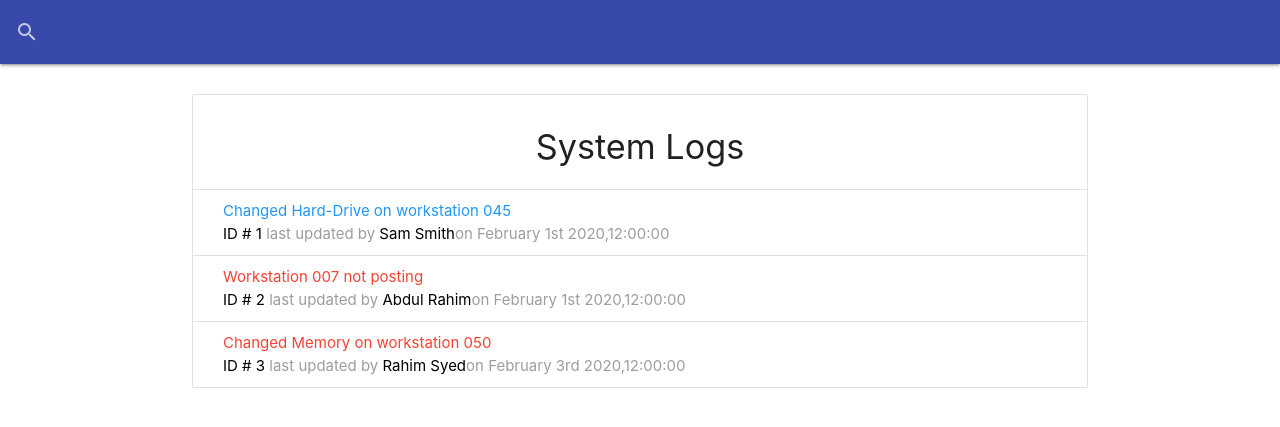
Repository: syedabdulrahim/IT_Logger
Page: /
An editor plug-in stored every save of this project. The page is shown before and after the next save, followed by the edit.
The browser window is 1280 px wide. The pictures show the whole page.
The project was rebuilt for these pictures with package versions that can differ from the ones it lists, and the page was loaded fresh each time. Requests to the local data server were answered from the project's data file. Also part of the build but not shown: src/App.css.

Above is the page before, as saved 2020-10-29 23:55:12.

### src/App.js
import React,{useEffect} from 'react';
import SearchBar from '../src/components/layout/SearchBar';
import Logs from '../src/components/logs/Logs';
// import logo from './logo.svg';
import './App.css';
import 'materialize-css/dist/css/materialize.min.css';
import M from 'materialize-css/dist/js/materialize.min.js';

const App=()=> {

  useEffect(()=>{

    // initilaization of matearalize JS
    M.AutoInit();

  },[])

  return(
    <React.Fragment>
        <SearchBar></SearchBar>
        <div className="container">
          <Logs/>
        </div>
    </React.Fragment>
  );



}



export default App;

### src/components/layout/SearchBar.js
import React from 'react'

const SearchBar = () => {
    return (
        <nav style={{
            marginBottom:'30px'
        }} className="indigo darken-1">
        <div className="nav-wrapper">
          <form>
            <div className="input-field">
              <input id="search" type="search" required/>
              <label className="label-icon" htmlFor="search"><i className="material-icons">search</i></label>
              <i className="material-icons">close</i>
            </div>
          </form>
        </div>
      </nav>
    )
}

export default SearchBar;

### src/components/logs/Logs.js
import React,{useEffect,useState} from 'react'
import LogItem from '../logs/LogItem';

const Logs = (props) => {


    useEffect(()=>{
            getLogs();
    },[])


    const [logs,setLogs]=useState([]);
    const [loading,setLoading]=useState(false);

    const getLogs=async ()=>{

        setLoading(true);
         const res= await fetch('/logs');
         const data= await res.json();

         setLogs(data);
         setLoading(false);

    }

    if(loading){
        return <h4>Loading...</h4>
    }


    return (
        <div>
            <ul className="collection with-header">
                <li className="collection-header">
                    <h4 className="center">System Logs</h4>
                </li>
        {!loading&&logs.length===0?(<p className="center">No Logs to show...</p>):
        (
            logs.map((log)=><LogItem log={log}></LogItem>)
        )}
            </ul>

        </div>
    )
}

export default Logs

### src/components/logs/LogItem.js
import React from 'react'
import Moment from 'react-moment';
import PropTypes from 'prop-types'
// import Moment from 'react-moment';

const LogItem = ({log}) => {
    return (

            <li className="collection-item">
                <div>
                    <a href=""
                     className={`modal-trigger ${log.attention?'red-text':'blue-text'}`}>
                         {log.message}
                    </a>
                    <br/>
                    <span className="grey-text">
                            <span className="black-text">ID # {log.id}</span>
                               {' '} {'last updated by'}
                            <span className="black-text">{' '}{log.tech}</span>
                            on{' '} <Moment format="MMMM Do YYYY,h:mm:ss">{log.date}</Moment>
                    </span>
                </div>
            </li>

    )
}

LogItem.propTypes = {

    log:PropTypes.object.isRequired

}

export default LogItem

### db.json
{

    "logs":[

        {
            "id":1,
            "message":"Changed Hard-Drive on workstation 045",
            "attention":false,
            "date":"02-01-2020",
            "tech":"Sam Smith"

    },

    {
            "id":2,
            "message":"Workstation 007 not posting",
            "attention":true,
            "date":"02-01-2020",
            "tech":"Abdul Rahim"

    },


    {
            "id":3,
            "message":"Changed Memory on workstation 050",
            "attention":true,
            "date":"02-03-2020",
            "tech":"Rahim Syed"

    }
],

    "techs":[
        {
            "id":1,
            "firstName":"Sam",
            "lastName":"Smith"
        },
        {
            "id":2,
            "firstName":"Abdul",
            "lastName":"Rahim"
        },
        {
            "id":3,
            "firstName":"Rahim",
            "lastName":"Syed"
        }

    ]
}

Loaded but not shown: public/index.html (common file); src/index.js (common file); src/index.css (common file); src/reportWebVitals.js (common file)

After the next save:
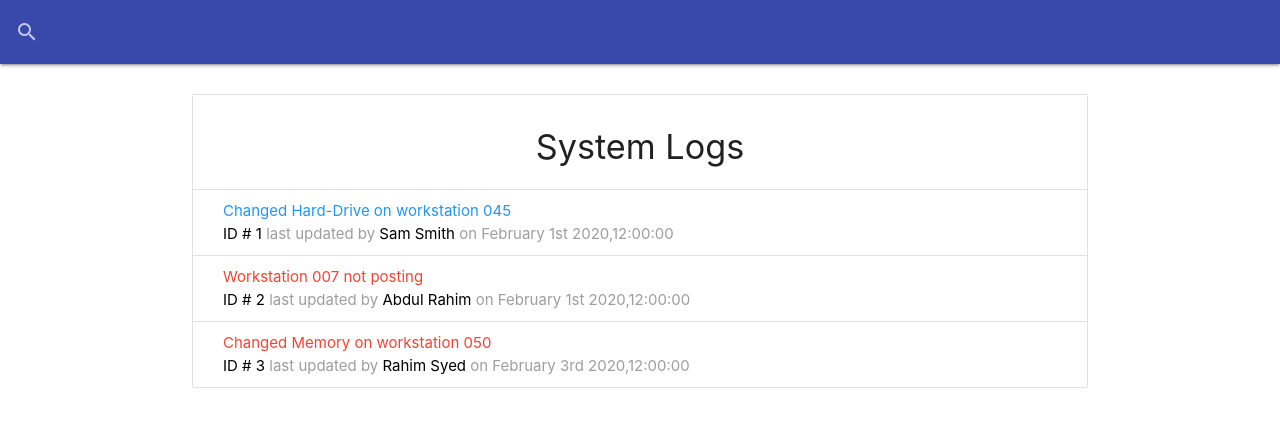
Saved 15 s later.
--- a/src/components/logs/LogItem.js
+++ b/src/components/logs/LogItem.js
@@ -16,7 +16,7 @@ const LogItem = ({log}) => {
                     <span className="grey-text">
                             <span className="black-text">ID # {log.id}</span>
                                {' '} {'last updated by'}
-                            <span className="black-text">{' '}{log.tech}</span>
+                            <span className="black-text">{' '}{log.tech}</span>{' '}
                             on{' '} <Moment format="MMMM Do YYYY,h:mm:ss">{log.date}</Moment>
                     </span>
                 </div>
